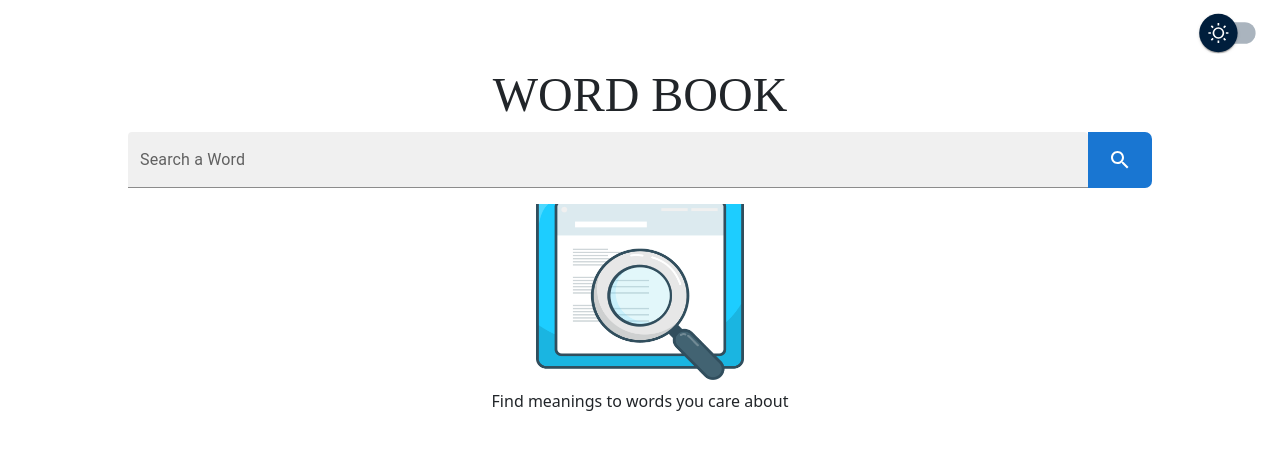
Repository: marveldev/my-dictionary
Page: /
The author's editor kept a copy of each file at every save. The page is drawn from the files as they stood at one save, then again after the next save.
The browser window is 1280 px wide. The pictures show the whole page.
The project was rebuilt for these pictures with package versions that can differ from the ones it lists, and the page was loaded fresh each time. Also part of the build but not shown: src/components/themeSwitcher/MUISwitch.jsx.

Above is the page before, as saved 2022-05-29 18:18:01.

### public/index.html
<!DOCTYPE html>
<html lang="en">
  <head>
    <meta charset="utf-8" />
    <meta name="viewport" content="width=device-width, initial-scale=1" />
    <meta name="theme-color" content="#000000" />
    <meta name="description" content="Web site created using create-react-app" />
    <link
      href="https://cdn.jsdelivr.net/npm/bootstrap@5.1.3/dist/css/bootstrap.min.css"
      rel="stylesheet"
      integrity="sha384-1BmE4kWBq78iYhFldvKuhfTAU6auU8tT94WrHftjDbrCEXSU1oBoqyl2QvZ6jIW3"
      crossorigin="anonymous"
    />
    <link rel="apple-touch-icon" href="./icon-192x192.png" />
    <link rel="icon" href="./icon-192x192.png" />
    <link rel="manifest" href="./manifest.json" />
    <title>My Dictionary</title>
  </head>
  <body>
    <noscript>You need to enable JavaScript to run this app.</noscript>
    <div id="root"></div>
  </body>
</html>

### src/index.js
import React from 'react'
import ReactDOM from 'react-dom'
import App from './App'
import swDev from './swDev'
import './index.css'

ReactDOM.render(
  <React.StrictMode>
    <App />
  </React.StrictMode>,
  document.getElementById('root'),
)
swDev()

### src/App.js
import { useState } from 'react'
import { createTheme } from '@mui/material'
import { Form, Output, ThemeSwitcher } from './components'

const App = () => {
  const [definitions, setDefinitions] = useState([])
  const [appMode, setAppMode] = useState('online')
  const [isLoading, setIsLoading] = useState(null)

  const storedTheme = localStorage.getItem('theme') || 'light'
  const [theme, setTheme] = useState(storedTheme)

  const themePalette = createTheme({
    palette: {
      mode: theme,
    },
  })

  return (
    <div className={`${theme} app`}>
      <div className="top-column">
        <ThemeSwitcher setTheme={setTheme} theme={theme} themePalette={themePalette} />
        <h1 className="text-center">{definitions?.word || 'WORD BOOK'}</h1>
        <Form
          setDefinitions={setDefinitions}
          themePalette={themePalette}
          setAppMode={setAppMode}
          setIsLoading={setIsLoading}
        />
      </div>

      <Output definitions={definitions} appMode={appMode} isLoading={isLoading} />
    </div>
  )
}

export default App

### src/swDev.js
export default function swDev() {
  let swUrl = `${process.env.PUBLIC_URL}/sw.js`
  navigator.serviceWorker.register(swUrl).then(response => {
    console.warn("response", response)
  })
}

### src/index.css
body {
  margin: 0;
}

.app {
  width: 100%;
  height: 100vh;
  transition: all 0.5s linear 0s;
  overflow: auto;
}

.app::-webkit-scrollbar {
  display: none;
}

.top-column {
  position: fixed;
  top: 0;
  width: 100%;
  padding-bottom: 1em;
  /* padding: ; */
  background: #fff;
  z-index: 1;
  transition: all 0.5s linear 0s;
}

.theme-switcher {
  text-align: right;
  margin: 1em 0.3em;
}

h1 {
  font-size: 3em;
  font-family: 'Montserrat light', serif;
}

.form {
  width: 80%;
}

#searchButton {
  border-radius: 0 0.5em 0.5em 0;
  box-shadow: none;
}

.output {
  margin: 11.3em auto 0;
  padding-bottom: 1em;
}

.search-illustration {
  width: 13em;
  height: 13em;
  object-fit: contain;
}

.definition-header {
  padding: 1em 2em;
  font-family: 'Montserrat Medium', serif;
}

.volume-icon {
  transform: scale(1.8);
  color: #000;
}

.definitions-wrapper {
  width: 80%;
  background: #f0f0f0;
}

.definition {
  background: #3b5360;
}

button:active {
  transform: translateY(0.2em);
}

.dark {
  background: #282c34;
  color: #fff;
}

.dark #searchButton {
  background: #1174ff;
  color: #fff;
}

.dark .top-column {
  background: #282c34;
}

.dark .definitions-wrapper {
  background: #3b3f46;
}

.dark .definition {
  background: #355c6c;
}

.dark .volume-icon {
  color: #fff;
}

@media screen and (max-width: 628px) {
  .form {
    width: 95%;
  }

  .output {
    margin-top: 12em;
  }

  .definition-header {
    padding: 0.5em 0;
  }

  .definitions-wrapper {
    width: 95%;
    padding: 0 1em;
  }
}

### src/components/index.js
export { default as Form } from './form/Form'
export { default as Output } from './output/Output'
export { default as ThemeSwitcher } from './themeSwitcher/ThemeSwitcher'

### src/components/form/Form.jsx
import { useState } from 'react'
import debounce from 'lodash.debounce'
import wordList from 'word-list-json'
import { TextField, ThemeProvider, Autocomplete, Button } from '@mui/material'
import SearchIcon from '@mui/icons-material/Search'

const Form = ({ setDefinitions, themePalette, setIsLoading, setAppMode }) => {
  const [filteredWords, setFilteredWords] = useState([])
  const [word, setWord] = useState('')

  const url = `https://api.dictionaryapi.dev/api/v2/entries/en/${word}`

  const doWordFilter = debounce(value => {
    if(value.trim().length >= 1) {
      const wordFilter = wordList?.filter(word => word.startsWith(value.toLowerCase())).slice(0, 30)
      setFilteredWords(wordFilter)
    } else {
      setFilteredWords([])
      setWord('')
      setDefinitions([])
    }
  }, 300)

  const fetchDefinition = async event => {
    event?.preventDefault()
    if (word.trim().length >= 1) {
      setIsLoading(true)

      try {
        const response = await fetch(url)
        const data = await response.json()
        if (data) {
          setIsLoading(null)
          setDefinitions(data[0])
          setAppMode('online')
        }
      } catch (error) {
        setAppMode('offline')
        setDefinitions([])
      }
    }
  }

  return (
    <ThemeProvider theme={themePalette}>
      <>
        <Autocomplete
          freeSolo
          disableClearable
          options={filteredWords.map(word => word)}
          onChange={(event, value) =>
            setWord(value)
          }
          renderInput={params =>
            <form
              className="form d-flex m-auto"
              onSubmit={event => fetchDefinition(event)}
            >
              <TextField
                {...params}
                variant="filled"
                label="Search a Word"
                onChange={event => doWordFilter(event.target.value)}
              />
              <Button type="submit" variant="contained" id="searchButton">
                <SearchIcon />
              </Button>
            </form>
          }
        />
      </>
    </ThemeProvider>
  )
}

export default Form

### src/components/output/Output.jsx
import { IconButton } from '@mui/material'
import VolumeUpIcon from '@mui/icons-material/VolumeUp'
import { searchIllustration, loader } from '../assets'

const Output = ({ definitions, isLoading, appMode }) => {
  const playWord = (url) => {
    const audio = new Audio(url)
    audio?.play()
  }

  return (
    <div className="output">
      {isLoading && appMode === 'online' && (
        <div className="text-center">
          <img src={loader} alt="loading" />
        </div>
      )}

      {!isLoading && (
        <>
          {!definitions && (
            <div className="text-center fs-4 px-4">
              😞 we couldn't find definitions for the word you are looking for.
            </div>
          )}

          {definitions?.length <= 0 && (
            <div className="text-center">
              <img src={searchIllustration} className="search-illustration" alt="search illustration" />
              <p>Find meanings to words you care about</p>
            </div>
          )}

          {definitions?.meanings && (
            <div className="definitions-wrapper m-auto pb-4 rounded">
              <div className="definition-header d-flex align-items-center gap-3">
                {definitions.phonetics[0]?.audio && (
                  <IconButton onClick={() => playWord(definitions.phonetics[0]?.audio)}>
                    <VolumeUpIcon className="volume-icon" />
                  </IconButton>
                )}
                <div>
                  <p className="m-0 fs-5">{definitions?.word}</p>
                  {definitions?.phonetic && <p className="m-0">{definitions?.phonetic}</p>}
                </div>
              </div>
              <ul className="mx-lg-5 ps-0">
                {definitions?.meanings.map((meaning, index) => (
                  <li key={index}>
                    <p>"partOfSpeech": {meaning.partOfSpeech}</p>
                    {meaning.definitions?.map((data, index) => (
                      <div key={index} className="definition text-white rounded p-2 mb-3">
                        <p className="fw-bold">{data.definition}</p>
                        <p>
                          <span className="me-2 fw-bold">Example:</span>
                          {data.example}
                        </p>
                        <p className="mb-0">
                          <span className="me-2 fw-bold">Synonyms:</span>
                          {data.synonyms.join(', ')}
                        </p>
                      </div>
                    ))}
                  </li>
                ))}
              </ul>
            </div>
          )}
        </>
      )}

      {appMode === 'offline' && (
        <div className="text-center fs-4">😞 you are in offline mode or some issue with connection.</div>
      )}
    </div>
  )
}

export default Output

### src/components/themeSwitcher/ThemeSwitcher.jsx
import { FormControlLabel } from '@mui/material'
import { MaterialUISwitch } from './MUISwitch'

const ThemeSwitcher = ({ theme, setTheme, themePalette }) => {
  const switchTheme = () => {
    const currentTheme = theme === 'dark' ? 'light' : 'dark'
    setTheme(currentTheme)
    localStorage.setItem('theme', currentTheme)
  }

  return (
    <div className="theme-switcher">
      <FormControlLabel
        label=""
        control={
          <MaterialUISwitch
            theme={themePalette}
            onChange={switchTheme}
            checked={theme === 'dark' && true}
            aria-label="switch theme"
          />
        }
      />
    </div>
  )
}

export default ThemeSwitcher

### src/components/assets/index.js
export { default as searchIllustration } from './searchIllustration.png'
export { default as loader } from './loader.svg'

After the next save:
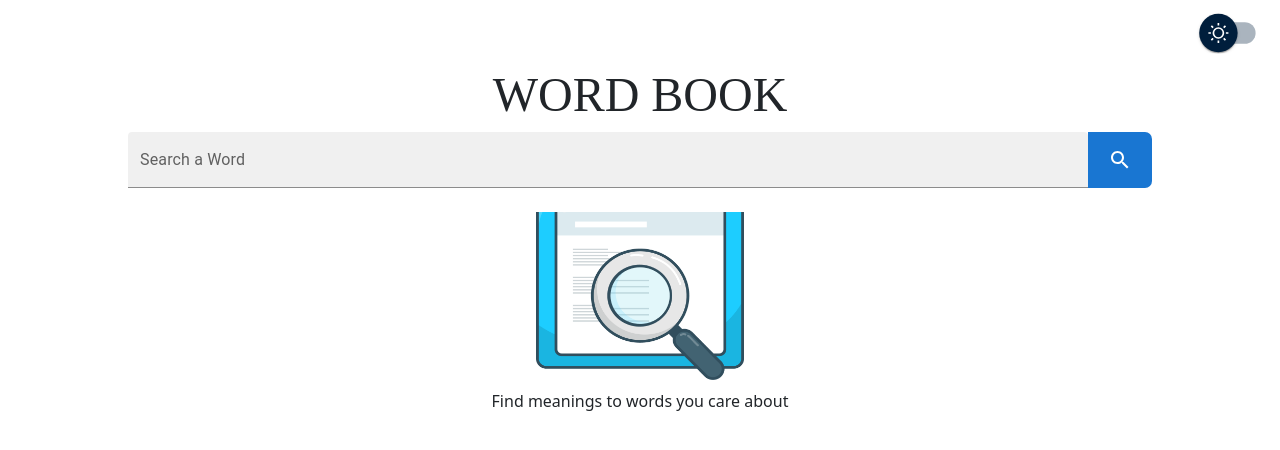
Saved 49 s later.
--- a/src/App.js
+++ b/src/App.js
@@ -18,7 +18,7 @@ const App = () => {
 
   return (
     <div className={`${theme} app`}>
-      <div className="top-column">
+      <div className="top-column top-0 w-100 pb-4">
         <ThemeSwitcher setTheme={setTheme} theme={theme} themePalette={themePalette} />
         <h1 className="text-center">{definitions?.word || 'WORD BOOK'}</h1>
         <Form
